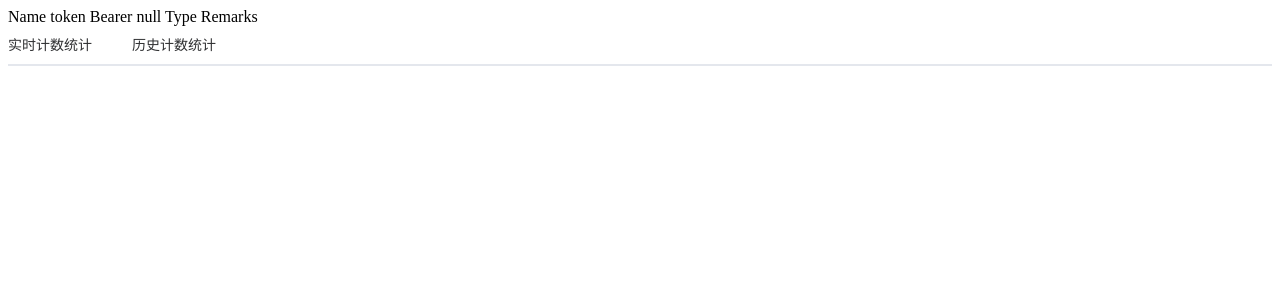
Repository: yaesass/yaesass
Page: /#/InStock (app in scancode/)
These files come from the project's save history. The page is drawn as it stood at one moment and after the next save; the edit follows.
The browser window is 1280 px wide. The pictures show the whole page.
The project was rebuilt for these pictures with package versions that can differ from the ones it lists, and the page was loaded fresh each time. Also part of the build but not shown: scancode/vue.config.js.

Above is the page before, as saved 2022-06-29 15:13:20.

After the next save:
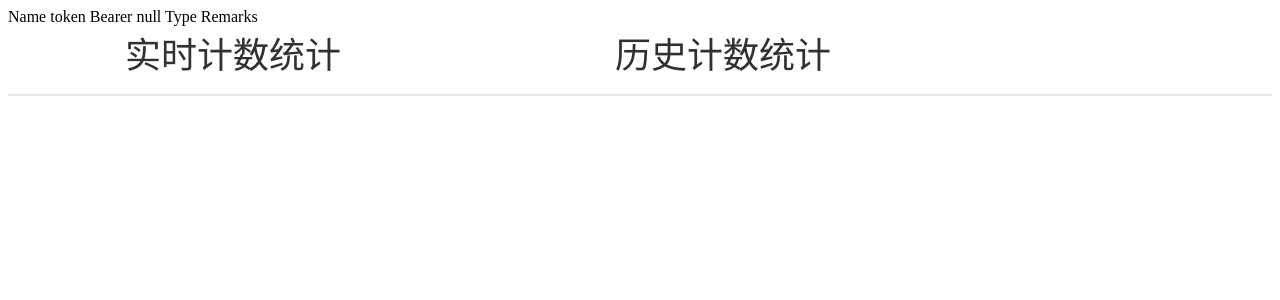
Saved 67 s later.
--- a/scancode/src/views/InStock.vue
+++ b/scancode/src/views/InStock.vue
@@ -110,3 +110,145 @@ export default {
   methods: {},
 };
 </script>
+
+<style>
+.f {
+  display: flex;
+}
+
+.el-table {
+  width: 100%;
+  display: flex;
+  flex-direction: column;
+}
+
+.el-table__body-wrapper {
+  flex: 1;
+}
+
+.el-tabs__item {
+  margin-top: 10px;
+  width: 470px;
+  height: 60px;
+  text-align: center;
+  font-size: 36px;
+  font-weight: 300;
+  letter-spacing: 0em;
+}
+
+.back {
+  margin-top: -50px;
+  margin-left: 750px;
+}
+
+.count {
+  display: flex;
+  justify-content: right;
+  margin: 20px 60px 20px 0;
+}
+
+.count .counttxt {
+  font-size: 40px;
+  font-weight: normal;
+  line-height: 24px;
+  letter-spacing: 0px;
+  color: #909399;
+}
+
+.counttable .el-table .cell {
+  line-height: 50px;
+  font-weight: 300;
+}
+
+.inzeroa {
+  display: flex;
+  width: 264px;
+  height: 81px;
+  border-radius: 15px;
+  background: #d8d8d8;
+}
+
+.inzeroa .btntxt {
+  margin: auto;
+  font-size: 50px;
+  font-weight: 300;
+  color: #aaaaaa;
+}
+
+.inzero {
+  display: flex;
+  width: 264px;
+  height: 81px;
+  border-radius: 15px;
+  background: #409eff;
+}
+
+.inzero .btntxt {
+  margin: auto;
+  font-size: 50px;
+  font-weight: 300;
+  color: #ffffff;
+}
+
+.zero {
+  display: flex;
+  margin: 34px auto;
+  width: 264px;
+  height: 81px;
+  border-radius: 15px;
+  background: #409eff;
+}
+
+.zero .btntxt {
+  margin: auto;
+  font-size: 50px;
+  font-weight: 300;
+  color: #ffffff;
+}
+
+.outhistory {
+  display: flex;
+  margin: 34px auto;
+  width: 264px;
+  height: 81px;
+  border-radius: 15px;
+  background: #409eff;
+}
+
+.outhistory .btntxt {
+  margin: auto;
+  font-size: 50px;
+  font-weight: 300;
+  color: #ffffff;
+}
+
+.out {
+  display: flex;
+  margin: 180px auto;
+  width: 300px;
+  height: 150px;
+  border-radius: 30px;
+  background: #409eff;
+}
+
+.out .btntxt {
+  margin: auto;
+  font-size: 50px;
+  font-weight: 300;
+  color: #ffffff;
+}
+
+.workShop_message {
+  width: 40%;
+  font-size: 30px;
+  color: #ff7d38;
+}
+
+.workShop_message .btn {
+  padding: 5px 10px;
+  cursor: pointer;
+  background: #ffb89143;
+  border: 2px solid #ffb89143;
+  border-radius: 10px;
+}
+</style>
